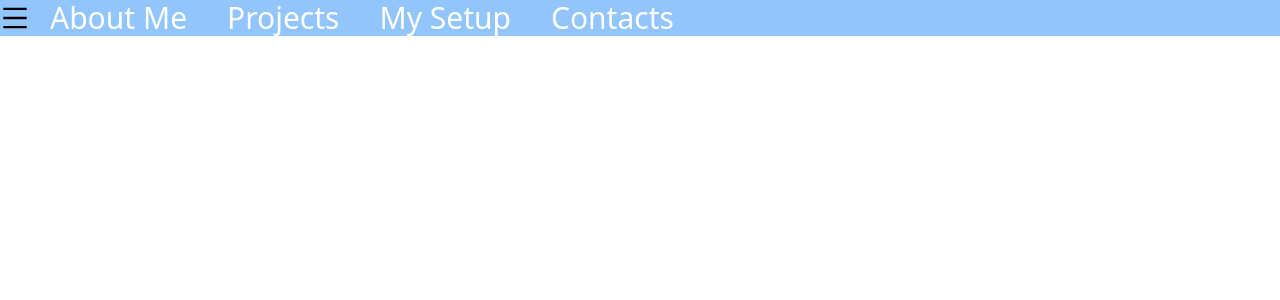
Repository: joshuayanggithub/joshua-yang-website
Page: /
These files come from the project's save history. The page is drawn as it stood at one moment and after a run of saves; the edit follows.
The browser window is 1280 px wide. The pictures show the whole page.
The project was rebuilt for these pictures with package versions that can differ from the ones it lists, and the page was loaded fresh each time.

Above is the page before, as saved 2023-01-06 22:07:56.

After the next 2 saves:
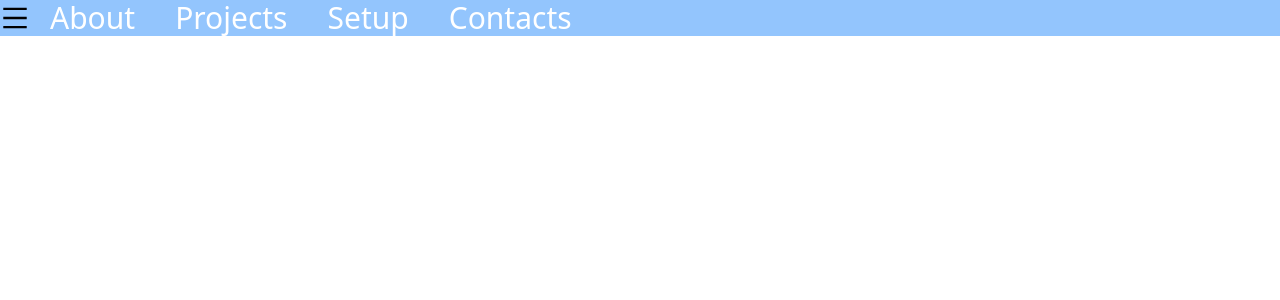
The 2 saves are shown as one change because they came seconds apart.
The last was saved 55 s later.
--- a/src/components/NavBar.jsx
+++ b/src/components/NavBar.jsx
@@ -3,9 +3,9 @@ import {AiOutlineMenu} from 'react-icons/ai'
 
 const NavBar = () => {
   const links = [
-    {'id': 1, 'name': 'About Me'},
+    {'id': 1, 'name': 'About'},
     {'id': 2, 'name': 'Projects'},
-    {'id': 3, 'name': 'My Setup'},
+    {'id': 3, 'name': 'Setup'},
     {'id': 4, 'name': 'Contacts'}
   ]
 
